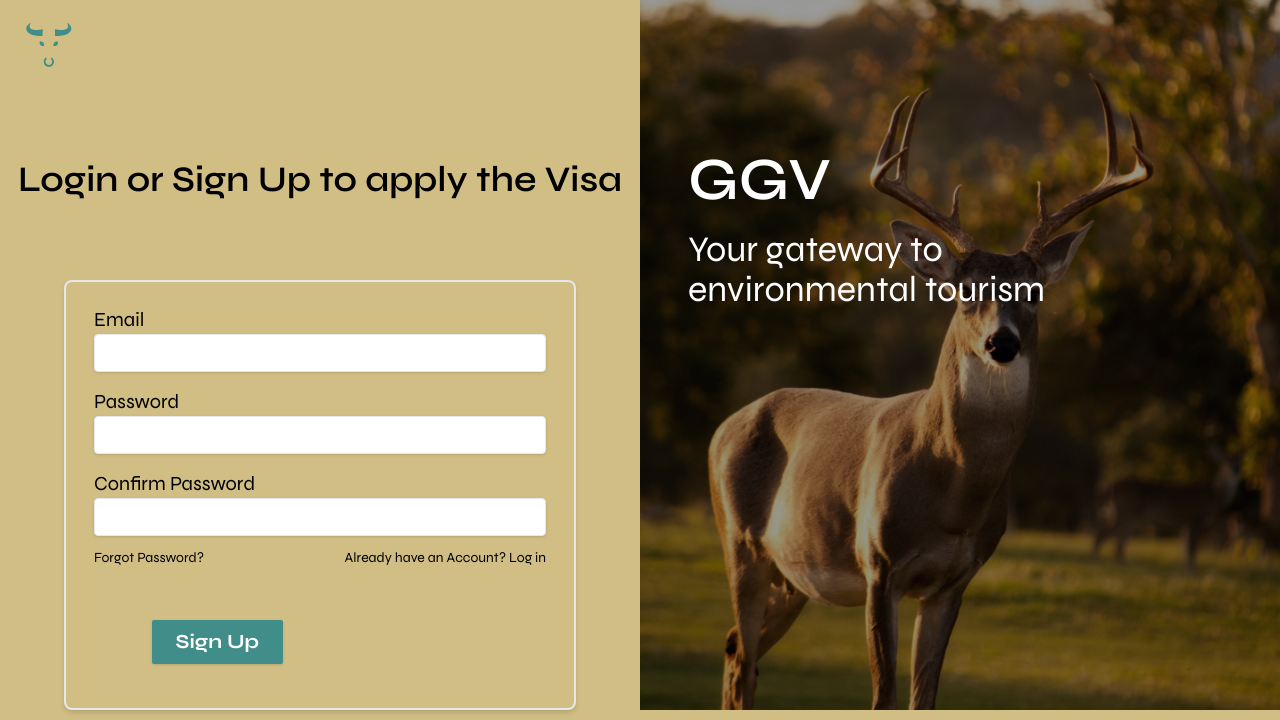
Repository: EngrAhmadUmar/landing-page
Page: /register
An editor plug-in stored every save of this project. The page is shown before and after the next save, followed by the edit.
The browser window is 1280 px wide. The pictures show the whole page.
The project was rebuilt for these pictures with package versions that can differ from the ones it lists, and the page was loaded fresh each time. The framework's server and built-in components were replaced by stand-ins that run in the browser. Also part of the build but not shown: next.config.js, styles/Home.module.css, src/Components/ApplyPageComponents/ApplyForm.jsx, src/Components/ApplyPageComponents/LoginForm.jsx.

Above is the page before, as saved 2022-07-06 11:42:40.

### pages/_app.js
import "../styles/globals.css";
import { ApolloClient, InMemoryCache, ApolloProvider } from "@apollo/client";

//apollo clients
const client = new ApolloClient({
  uri: "http://localhost:1337/graphql",
  cache: new InMemoryCache()
});

function MyApp({ Component, pageProps }) {
  return (
    <ApolloProvider client={client}>
      <Component {...pageProps} />
    </ApolloProvider>
  );
}

export default MyApp;

### pages/register.js
import React from "react";
import { RegisterForm } from "../src/Components/ApplyPageComponents/Index";

export default function Login() {
  return (
    <React.Fragment>
      <div className="bg-[#d1be84] h-[100vh]">
        <RegisterForm />
      </div>
    </React.Fragment>
  );
}

### styles/globals.css
@import url("https://fonts.googleapis.com/css2?family=Poppins:wght@400;500;600&family=Syne:wght@400;500;600;700&display=swap");

@tailwind base;
@tailwind components;
@tailwind utilities;

### src/Components/ApplyPageComponents/Index.jsx
export { default as ApplyForm } from "./ApplyForm";
export { default as LoginForm } from "./LoginForm";
export { default as RegisterForm } from "./RegisterForm";

### src/Components/ApplyPageComponents/RegisterForm.jsx
import { gql, useMutation } from "@apollo/client";
import Head from "next/head";
import Image from "next/image";
import Link from "next/link";
import { useState, useRef } from "react";
import styles from "../../../styles/Home.module.css";

const reg = gql`
  mutation joinUs($username: String!, $email: String!, $password: String!) {
    register(input: { email: $email, password: $password }) {
      jwt
      user {
        id
        email
      }
    }
  }
`;

const JoinUs = () => {
  const emailInputRef = useRef();
  const passwordInputRef = useRef();
  const confirmPasswordInputRef = useRef();

  const [email, setEmail] = useState("");
  const onChangeEmail = (e) => {
    setEmail(e.target.value);
  };
  const [password, setPassword] = useState("");
  const onChangePassword = (e) => {
    setPassword(e.target.value);
  };

  const [confirmPassowrd, setConfirmPassword] = useState("");
  const confirmPasswordChangeHandler = (event) => {
    setConfirmPassword(event.target.value);
  };
  const [joinUs, { data, loading, error }] = useMutation(reg, {
    variables: {
      email: email,
      password: password
    }
  });

  const onSubmit = (e) => {
    e.preventDefault();
    if (email === "" || password === "") {
      return alert("please fill in all fields");
    }

    // check if the password match
    if (
      passwordInputRef.current.value != confirmPasswordInputRef.current.value
    ) {
      return alert("Passwords must match");
    }
    joinUs(password, email);

    setEmail("");
    setPassword("");
    setConfirmPassword("");
  };

  return (
    <div className=" font-syne " id="joinUs">
      <Head>
        <title>Welcome to GGV</title>
        <meta name="description" content="Join Our Family" />
      </Head>
      <div className="font-syne bg-[#d1be84] bg-cover grid grid-col-1 md:grid-cols-2 2xl:h-[100vh]">
        <div className="">
          <div className="w-[50px] h-40 pt-5 ml-6">
            <Image
              src="/logo.svg"
              layout="responsive"
              width={5}
              height={5}
              opacity={100}
            />
          </div>
          <h3
            className={`${
              styles.headings
            }  ${"text-center text-3xl md:text-4xl mb-5 font-semibold"}`}
          >
            Login or Sign Up to apply the Visa
          </h3>
          <form
            onSubmit={onSubmit}
            className="shadow-md rounded-lg px-7 pt-6 pb-8 mt-[5rem] lg:mx-12 xl:mx-auto border-gray border-2 font-Syne md:max-w-lg"
          >
            <div className="mb-4">
              <label className="text-lg md:text-xl">Email</label>
              <input
                type="email"
                ref={emailInputRef}
                value={email}
                onChange={onChangeEmail}
                placeholder=""
                className="shadow appearance-none border rounded w-full py-2 px-3 text-gray-700 leading-tight focus:outline-none focus:shadow-outline"
              />
            </div>
            <div className="mb-4">
              <label className="text-lg md:text-xl">Password</label>
              <input
                type="password"
                ref={passwordInputRef}
                value={password}
                onChange={onChangePassword}
                placeholder=""
                className="shadow appearance-none border rounded w-full py-2 px-3 text-gray-700 leading-tight focus:outline-none focus:shadow-outline"
              />
            </div>
            <div className="">
              <label className="text-lg md:text-xl">Confirm Password</label>
              <input
                type="password"
                ref={confirmPasswordInputRef}
                value={confirmPassowrd}
                onChange={confirmPasswordChangeHandler}
                placeholder=""
                className="shadow appearance-none border rounded w-full py-2 px-3 text-gray-700 leading-tight focus:outline-none focus:shadow-outline"
              />
            </div>

            <div className="text-sm flex items-center justify-between mt-3  cursor-pointer">
              <h3 className="hover:text-green">Forgot Password?</h3>
              <Link href="/login">
                <h3 className="hover:text-green">
                  Already have an Account? Log in
                </h3>
              </Link>
            </div>
            <div className="mt-5 ml-[8vh]">
              <button
                className="shadow focus:shadow-outline focus:outline-none text-white font-bold py-2 px-6 md:text-xl bg-[#418d89] rounded-sm mt-8 mb-3"
                onClick={onSubmit}
              >
                Sign Up
              </button>
            </div>
          </form>
        </div>

        <div className="md:flex hidden text-white bg-[url('/apply_for_visa_bg.png')]  bg-cover bg-no-repeat sm:bg-center md:bg-bottom lg:bg-bottom xl:bg-bottom 2xl:center">
          <div className="mt-[50px] md:mt-[150px] mx-4 md:mx-12">
            <h3 className="  text-4xl md:text-5xl lg:text-6xl font-semibold">
              GGV
            </h3>
            <p className="max-w-md md:max-w-xl text-2xl md:text-4xl mt-5">
              Your gateway to <br></br>environmental tourism
            </p>
          </div>
          <div></div>
        </div>
      </div>
      <>
        {data && (
          <div>
            <h1>Token: {data.register?.jwt}</h1>
            <span>UserID: {data.register.user?.id} </span>
            <span>UserEmail: {data.register.user?.email} </span>
          </div>
        )}
      </>
    </div>
  );
};

export default JoinUs;

### tailwind.config.js
/** @type {import('tailwindcss').Config} */
module.exports = {
  content: [
    "./pages/**/*.{js,ts,jsx,tsx}",
    "./components/**/*.{js,ts,jsx,tsx}",
    "./src/Components/**/*.{js,ts,jsx,tsx}"
  ],
  theme: {
    extend: {
      colors: {
        black: "#000107",
        green: "#418D89"
      },
      fontFamily: {
        syne: ["Syne"]
      }
    }
  },
  plugins: []
};

After the next save:
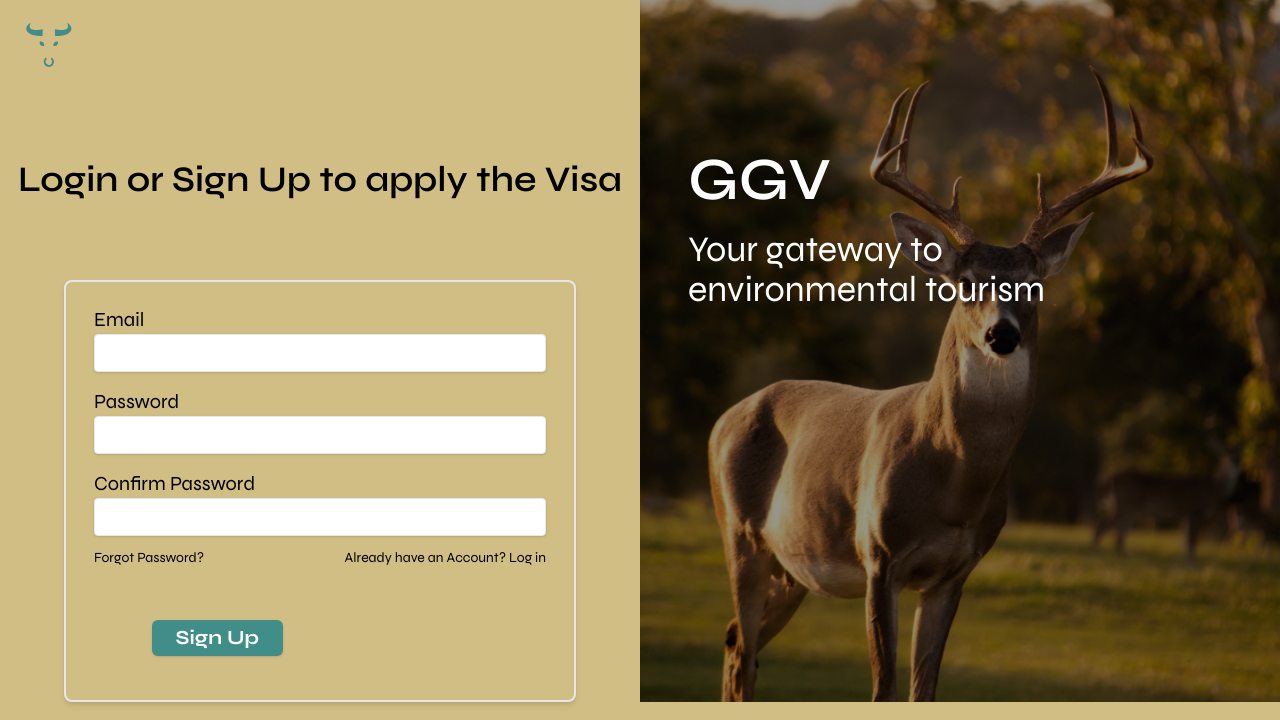
Saved 12 s later.
--- a/src/Components/ApplyPageComponents/RegisterForm.jsx
+++ b/src/Components/ApplyPageComponents/RegisterForm.jsx
@@ -133,7 +133,7 @@ const JoinUs = () => {
             </div>
             <div className="mt-5 ml-[8vh]">
               <button
-                className="shadow focus:shadow-outline focus:outline-none text-white font-bold py-2 px-6 md:text-xl bg-[#418d89] rounded-sm mt-8 mb-3"
+                className="shadow focus:shadow-outline focus:outline-none text-white font-bold py-1 px-6 md:text-xl bg-[#418d89] rounded-md mt-8 mb-3"
                 onClick={onSubmit}
               >
                 Sign Up
